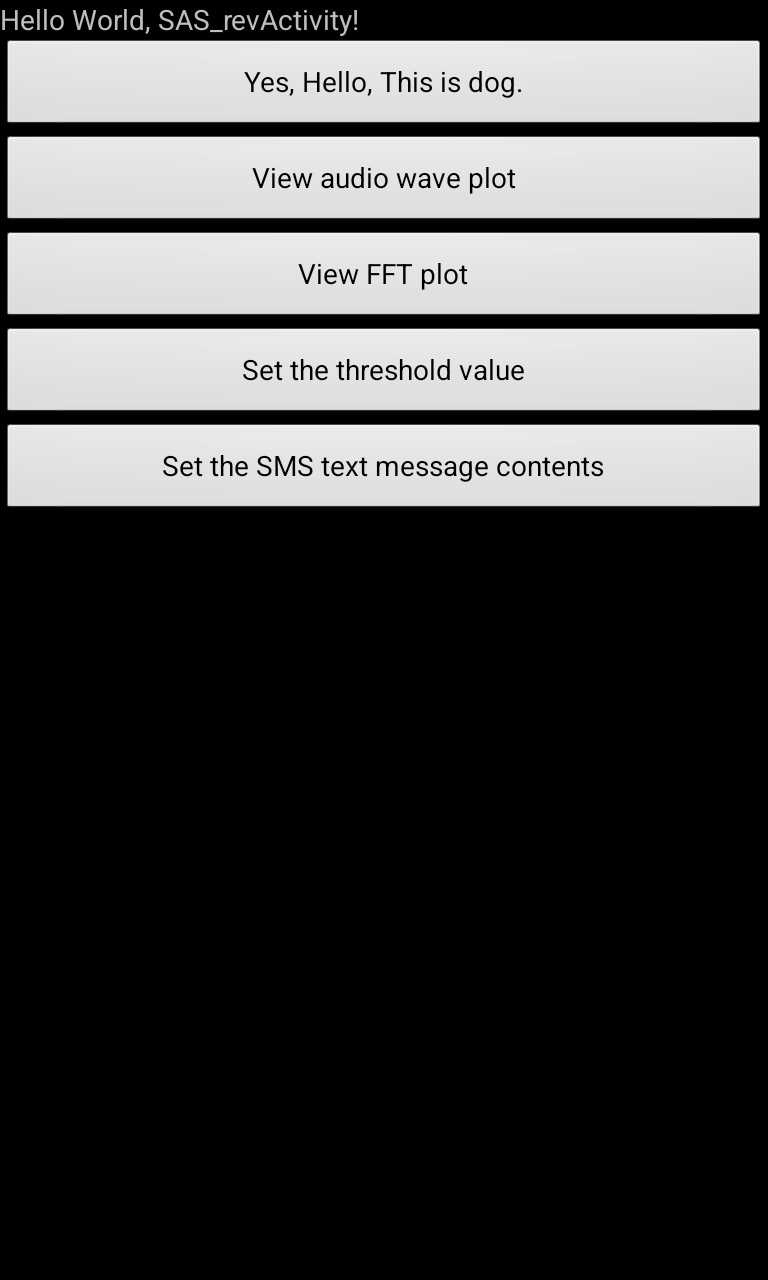
Repository: RaabsIn513/eclipse_workspace
Layout: SAS_rev/res/layout/main.xml
These files come from the project's save history. The layout is drawn as it stood at one moment and after the next save; the edit follows.
It is drawn on a 768 x 1280 px phone screen (xhdpi) without system bars, with theme android:Theme; the app's code is not run.

Above is the layout before, as saved 2012-02-08 17:52:51.

After the next save:
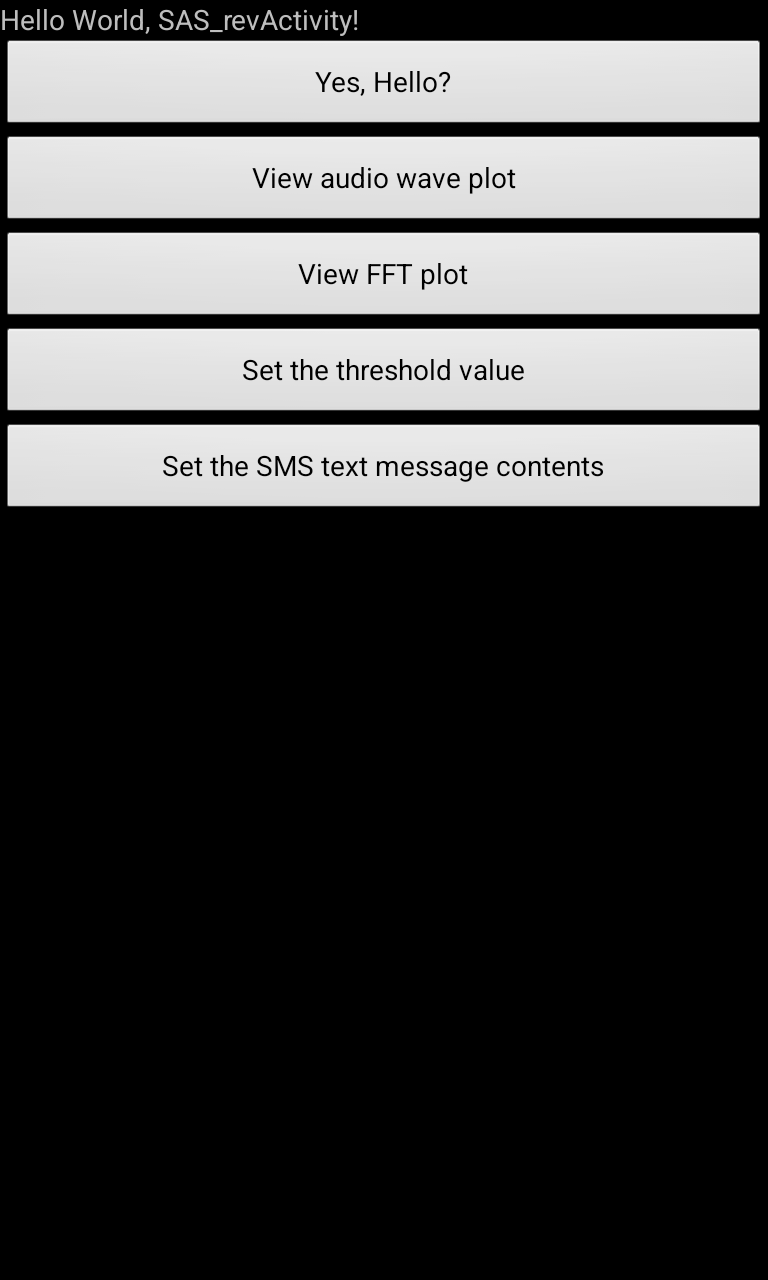
Saved 20 s later.
--- a/SAS_rev/res/layout/main.xml
+++ b/SAS_rev/res/layout/main.xml
@@ -13,7 +13,7 @@
         android:id="@+id/dog"
         android:layout_width="fill_parent"
         android:layout_height="wrap_content"
-        android:text="Yes, Hello, This is dog." />
+        android:text="Yes, Hello?" />
 
     <Button
         android:id="@+id/wave_plot"
